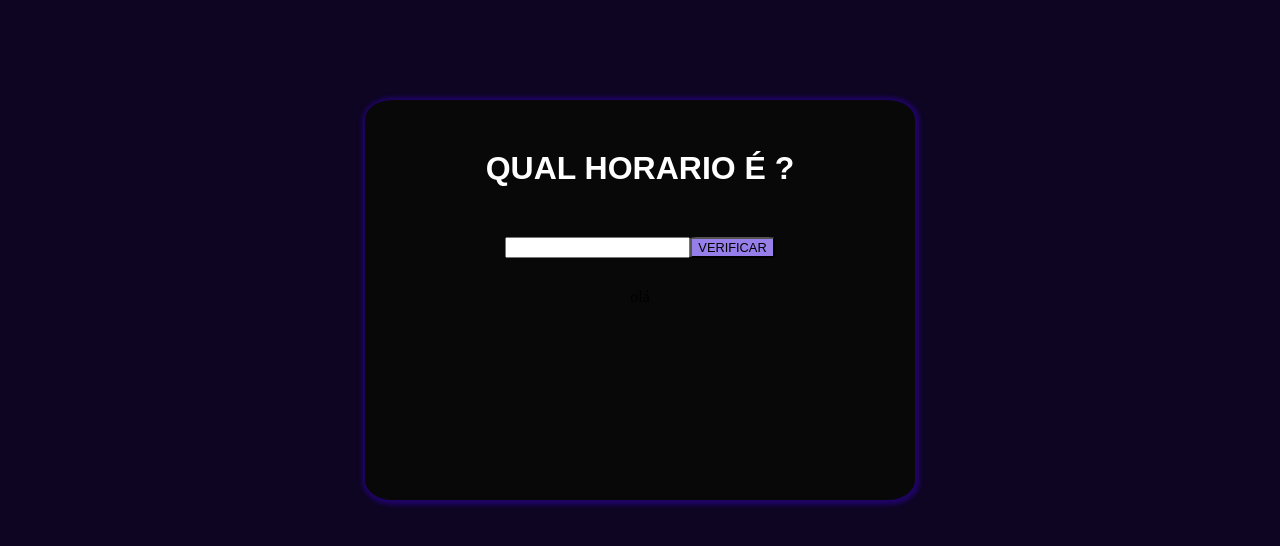
Repository: Ramonuriel/JS-Projetos
Page: Qual horario é/index.html
These files come from the project's save history. The page is drawn as it stood at one moment and after the next save; the edit follows.
The browser window is 1280 px wide. The pictures show the whole page.

Above is the page before, as saved 2022-11-14 16:12:45.

### Qual horario é/index.html
<!DOCTYPE html>
<html lang="pt-Br">

<head>
  <meta charset="UTF-8">
  <meta http-equiv="X-UA-Compatible" content="IE=edge">
  <meta name="viewport" content="width=device-width, initial-scale=1.0">
  <link rel="stylesheet" href="Css/style.css">
  <title>Qual Estação estamos ? ?</title>
</head>

<body>
  <section class="projeto">
    <h1 class="title-projeto">
      Qual Horario é ?
    </h1>
    <div class="box">
      <input type="datetime" name="" id="hora">
      <button class="btn" type="submit">Verificar</button>
    </div>
    <div class="resultado">

    </div>
  </section>


  <script src="/Js/script.js"></script>
</body>

</html>

### Qual horario é/Css/style.css
html {
  margin: 0%;
  padding: 0%;
  max-width: 1400px;
  max-height: 700px;
}
body {
  background-color: rgb(14, 5, 34);
}
.projeto {
  margin-top: 100px;
  margin-left: auto;
  margin-right: auto;
  display: flex;
  flex-direction: column;
  align-items: center;
  box-sizing: content-box;
  width: 550px;
  background-color: rgb(8, 8, 8);
  height: 400px;
  border-radius: 5%;
  box-shadow: 1px 1px 4px 4px rgb(31, 4, 100);
}

.title-projeto {
  text-transform: uppercase;
  font-family: Arial, sans-serif;
  font-size: 2rem;
  color: white;
  margin-top: 50px;
  margin-bottom: 50px;
}

.box {
  display: flex;
}
#data {
  width: 200px;
  height: 25px;
  background-color: rgb(150, 127, 233);
  color: black;
  margin-right: 20px;
  font-size: 1rem;
  text-align: center;
  border-radius: 8%;
}

.btn {
  font-size: 0.8rem;
  text-transform: uppercase;
  border-radius: 8%;
  cursor: pointer;
  background-color: rgb(150, 127, 233);
}

.resultado {
  display: flex;
  flex-direction: column;
  align-items: center;
  margin-top: 30px;
  width: 90%;
  height: 200px;
}

### Qual horario é/Js/script.js
var btn = document.querySelector('.btn')
var calendario = document.querySelector('#data')
var res = document.querySelector('.resultado')
btn.addEventListener('click', clicar())

function clicar() {
  res.innerHTML = 'olá'
}

After the next save:
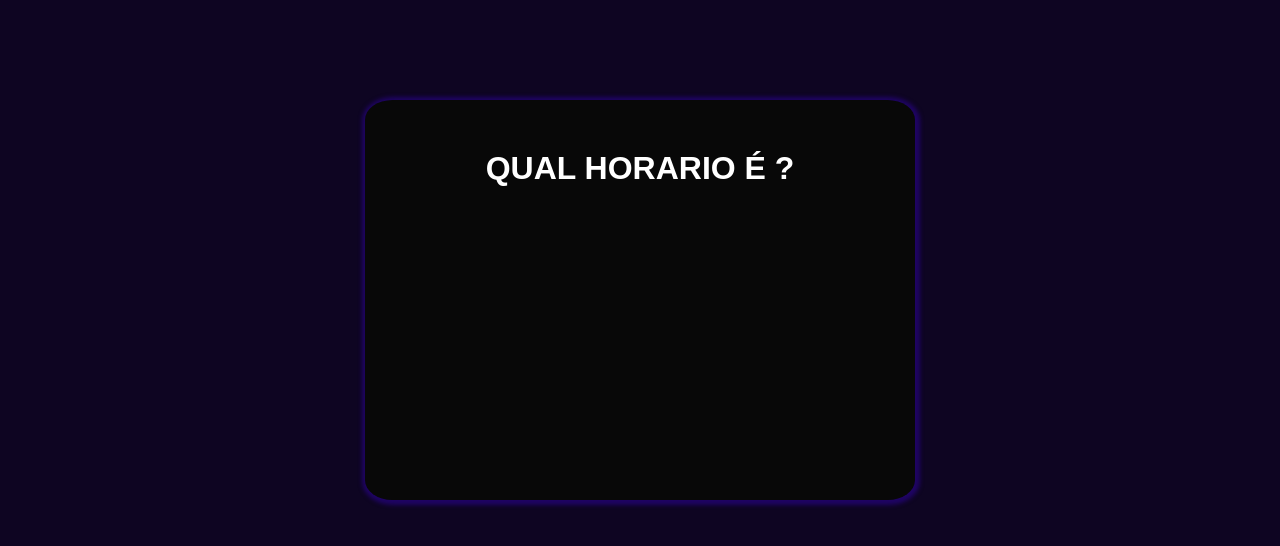
Console error: TypeError: Cannot read properties of null (reading 'addEventListener')
Saved 31 s later.
--- a/Qual horario é/index.html
+++ b/Qual horario é/index.html
@@ -15,8 +15,7 @@
       Qual Horario é ?
     </h1>
     <div class="box">
-      <input type="datetime" name="" id="hora">
-      <button class="btn" type="submit">Verificar</button>
+
     </div>
     <div class="resultado">
 
